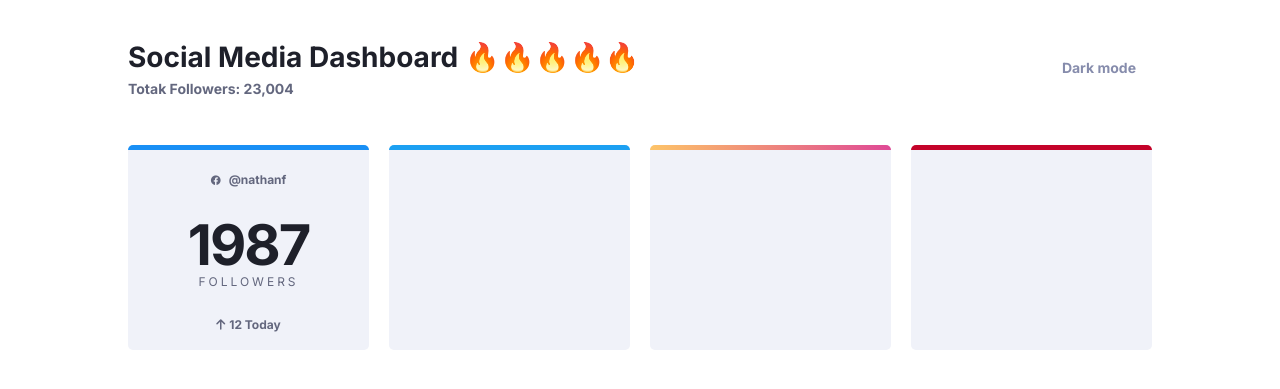
Repository: nptg3105/lab03-social-media-dashboard
Page: index.html
The author's editor kept a copy of each file at every save. The page is drawn from the files as they stood at one save, then again after the next save.
The browser window is 1280 px wide. The pictures show the whole page.

Above is the page before, as saved 2021-12-12 10:27:06.

### index.html
<!DOCTYPE html>
<html lang="en">
  <head>
    <meta charset="UTF-8" />
    <meta http-equiv="X-UA-Compatible" content="IE=edge" />
    <meta name="viewport" content="width=device-width, initial-scale=1.0" />
    <title>Document</title>
    <link rel="stylesheet" href="dist/index.css" />
    <link
      href="https://fonts.googleapis.com/css2?family=Inter:wght@300;400;500;700&display=swap"
      rel="stylesheet"
    />
    <link
      rel="stylesheet"
      href="https://cdnjs.cloudflare.com/ajax/libs/font-awesome/6.0.0-beta3/css/all.min.css"
      integrity="sha512-Fo3rlrZj/k7ujTnHg4CGR2D7kSs0v4LLanw2qksYuRlEzO+tcaEPQogQ0KaoGN26/zrn20ImR1DfuLWnOo7aBA=="
      crossorigin="anonymous"
      referrerpolicy="no-referrer"
    />
  </head>
  <body>
    <div class="social-media">
      <div class="social-media__container">
        <div class="social-media__header">
          <div class="header__title">
            <h1>Social Media Dashboard 🔥🔥🔥🔥🔥</h1>
            <p class="header__sub">Totak Followers: 23,004</p>
          </div>
          <div class="header__toggle">
            <span class="header__toggle--title">Dark mode</span>
            <span class="header__toggle--button"></span>
          </div>
        </div>
        <div class="social-media__dashboard">
          <div class="card card--facebook">
            <div class="card__flatform">
              <div class="card__icon"><i class="fab fa-facebook"></i></div>
              <div class="card__username">@nathanf</div>
            </div>
            <div class="card__followers">
              <div class="card__count">1987</div>
              <div class="card__label">FOLLOWERS</div>
            </div>
            <div class="card__change">
              <i class="fas fa-arrow-up"></i>
              <div class="card__number">12 Today</div>
            </div>
          </div>
          <div class="card card--twitter">
            <div class="card__flatform">
              <div class="card__icon"><img src="" alt="" /></div>
              <div class="card__username"></div>
            </div>
            <div class="card__followers">
              <div class="card__count"></div>
              <div class="card__label"></div>
            </div>
            <div class="card__change"></div>
          </div>
          <div class="card card--instagram">
            <div class="card__flatform">
              <div class="card__icon"><img src="" alt="" /></div>
              <div class="card__username"></div>
            </div>
            <div class="card__followers">
              <div class="card__count"></div>
              <div class="card__label"></div>
            </div>
            <div class="card__change"></div>
          </div>
          <div class="card card--youtube">
            <div class="card__flatform">
              <div class="card__icon"><img src="" alt="" /></div>
              <div class="card__username"></div>
            </div>
            <div class="card__followers">
              <div class="card__count"></div>
              <div class="card__label"></div>
            </div>
            <div class="card__change"></div>
          </div>
        </div>
        <div class="social-media__overview"></div>
      </div>
    </div>
  </body>
</html>

Loaded but not shown: dist/index.css (library)

After the next save:
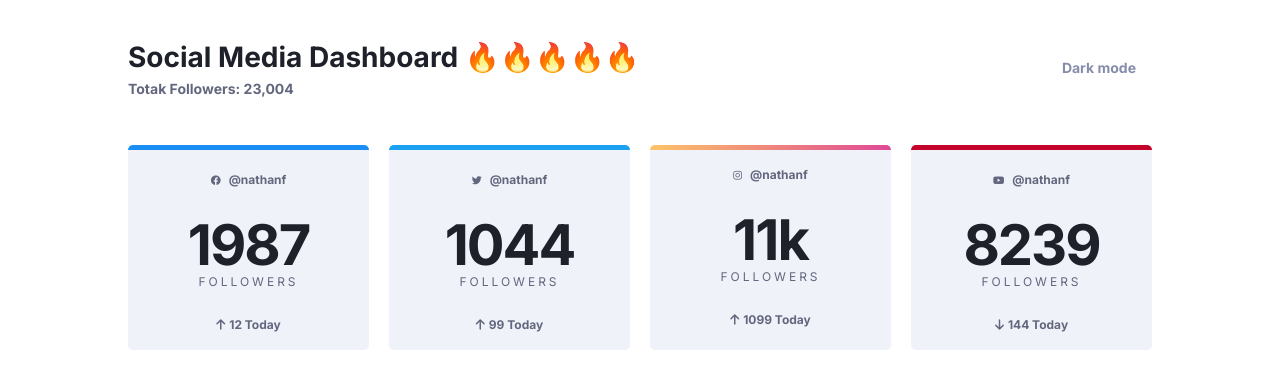
Saved 3 min 37 s later.
--- a/index.html
+++ b/index.html
@@ -48,36 +48,45 @@
           </div>
           <div class="card card--twitter">
             <div class="card__flatform">
-              <div class="card__icon"><img src="" alt="" /></div>
-              <div class="card__username"></div>
+              <div class="card__icon"><i class="fab fa-twitter"></i></div>
+              <div class="card__username">@nathanf</div>
             </div>
             <div class="card__followers">
-              <div class="card__count"></div>
-              <div class="card__label"></div>
+              <div class="card__count">1044</div>
+              <div class="card__label">FOLLOWERS</div>
             </div>
-            <div class="card__change"></div>
+            <div class="card__change">
+              <i class="fas fa-arrow-up"></i>
+              <div class="card__number">99 Today</div>
+            </div>
           </div>
           <div class="card card--instagram">
             <div class="card__flatform">
-              <div class="card__icon"><img src="" alt="" /></div>
-              <div class="card__username"></div>
+              <div class="card__icon"><i class="fab fa-instagram"></i></div>
+              <div class="card__username">@nathanf</div>
             </div>
             <div class="card__followers">
-              <div class="card__count"></div>
-              <div class="card__label"></div>
+              <div class="card__count">11k</div>
+              <div class="card__label">FOLLOWERS</div>
             </div>
-            <div class="card__change"></div>
+            <div class="card__change">
+              <i class="fas fa-arrow-up"></i>
+              <div class="card__number">1099 Today</div>
+            </div>
           </div>
           <div class="card card--youtube">
             <div class="card__flatform">
-              <div class="card__icon"><img src="" alt="" /></div>
-              <div class="card__username"></div>
+              <div class="card__icon"><i class="fab fa-youtube"></i></div>
+              <div class="card__username">@nathanf</div>
             </div>
             <div class="card__followers">
-              <div class="card__count"></div>
-              <div class="card__label"></div>
+              <div class="card__count">8239</div>
+              <div class="card__label">FOLLOWERS</div>
             </div>
-            <div class="card__change"></div>
+            <div class="card__change">
+              <i class="fas fa-arrow-down"></i>
+              <div class="card__number">144 Today</div>
+            </div>
           </div>
         </div>
         <div class="social-media__overview"></div>
